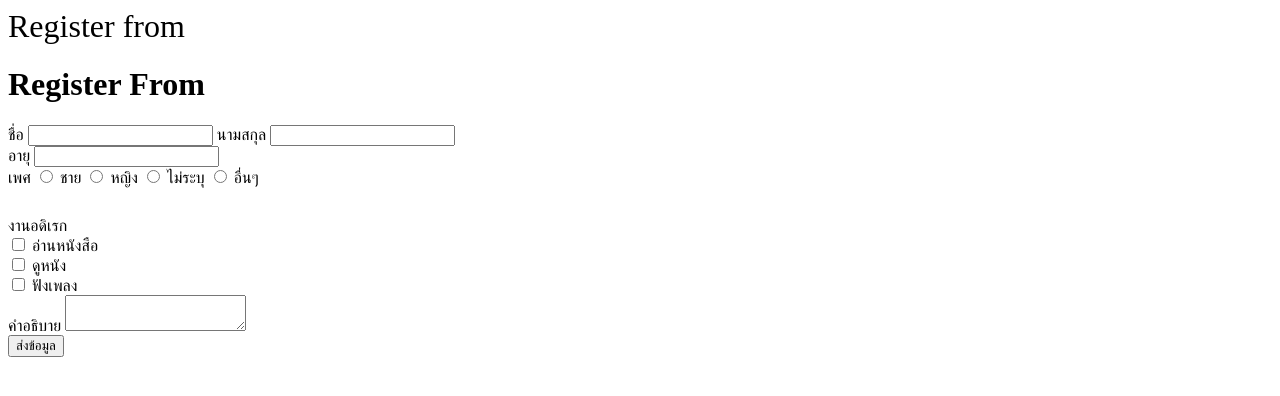
Repository: Onpreeya1/241-2567-820-
Page: index.html
These files come from the project's save history. The page is drawn as it stood at one moment and after the next save; the edit follows.
The browser window is 1280 px wide. The pictures show the whole page.

Above is the page before, as saved 2024-12-21 15:32:56.

After the next save:
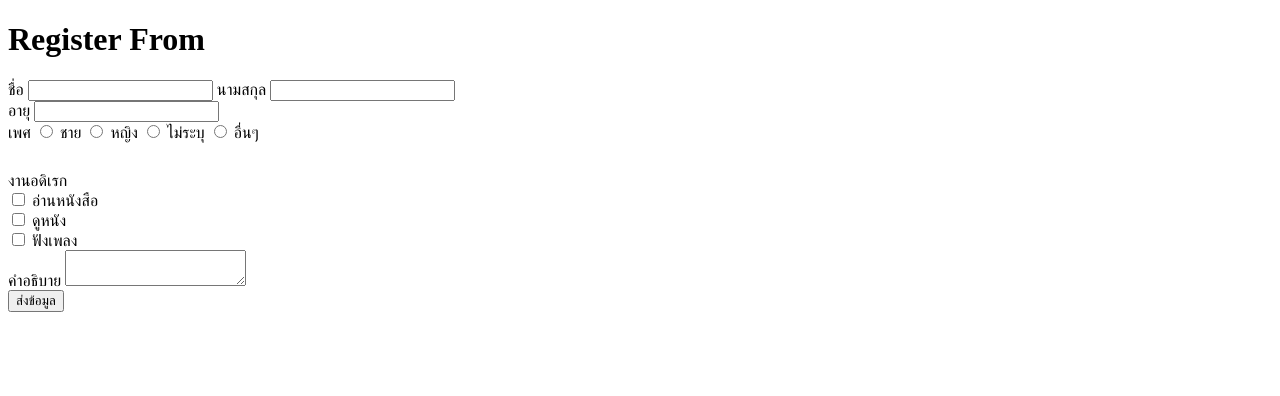
Saved 50 s later.
--- a/index.html
+++ b/index.html
@@ -33,7 +33,7 @@
 <body>
 
     <div id="register">
-        Register from
+
     </div>
 
 
